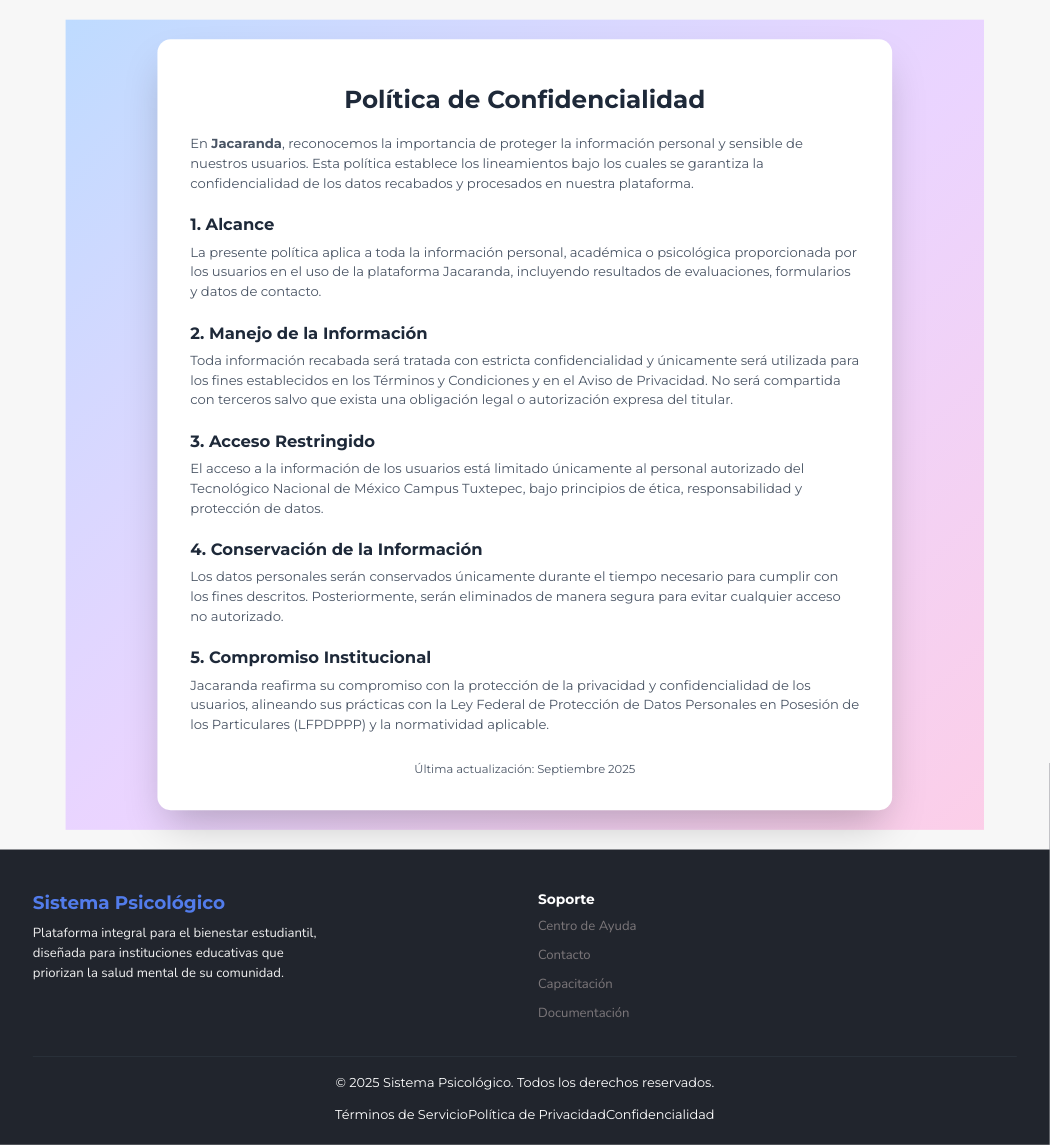
Repository: moon1710/SistemaPsico
Page: /confidencialidad (app in client/)
An editor plug-in stored every save of this project. The page is shown before and after the next save, followed by the edit.
The browser window is 1280 px wide. The pictures show the whole page, at 82% of full size.
The project was rebuilt for these pictures with package versions that can differ from the ones it lists, and the page was loaded fresh each time. Also part of the build but not shown: client/vite.config.js, client/src/components/onboarding/onboardingConfig.js, client/src/components/onboarding/TutorialSteps.jsx, client/src/components/onboarding/WelcomeForm.jsx, client/src/components/onboarding/OnboardingModal.jsx, client/src/components/layout/AdaptiveSidebar/sidebarConfig.jsx, client/src/components/layout/AdaptiveSidebar/MenuItem.jsx, client/src/components/layout/AdaptiveSidebar/SidebarHeader.jsx and 40 more.

Above is the page before, as saved 2025-09-22 15:25:38.

### client/index.html
<!doctype html>
<html lang="en">
  <head>
    <meta charset="UTF-8" />
    <link rel="icon" type="image/svg+xml" href="/idea.png" />
    <meta name="viewport" content="width=device-width, initial-scale=1.0" />
    <title>Sistema Psicológico</title>
  </head>
  <body>
    <div id="root"></div>
    <script type="module" src="/src/main.jsx"></script>
  </body>
</html>

### client/src/contexts/OnboardingContext.jsx
// client/src/contexts/OnboardingContext.jsx
import React, { createContext, useContext, useState, useEffect } from "react";
import { useAuth } from "./AuthContext";

const OnboardingContext = createContext();

export const useOnboarding = () => {
  const context = useContext(OnboardingContext);
  if (!context) {
    throw new Error("useOnboarding debe usarse dentro de OnboardingProvider");
  }
  return context;
};

export const OnboardingProvider = ({ children }) => {
  const { user, setUser } = useAuth();
  const [isFirstTime, setIsFirstTime] = useState(false);
  const [showOnboarding, setShowOnboarding] = useState(false);
  const [currentStep, setCurrentStep] = useState(0);
  const [onboardingCompleted, setOnboardingCompleted] = useState(false);

  // Clave para localStorage basada en el usuario
  const getStorageKey = () => {
    return user?.id ? `onboarding_completed_${user.id}` : null;
  };

  // Verificar si es primera vez del usuario
  useEffect(() => {
    if (user?.id) {
      // PRIORIDAD TOTAL al campo perfilCompletado de la BD
      const profileCompleted = user.perfilCompletado === 1 || user.perfilCompletado === true;

      console.log('🔍 [OnboardingContext] Verificando estado:', {
        userId: user.id,
        perfilCompletado: user.perfilCompletado,
        profileCompleted,
        shouldShowModal: !profileCompleted
      });

      if (!profileCompleted) {
        // Perfil NO completado -> mostrar modal
        setIsFirstTime(true);
        setShowOnboarding(true);
        setOnboardingCompleted(false);
        console.log('📝 [OnboardingContext] Mostrando modal de onboarding');
      } else {
        // Perfil completado -> no mostrar modal
        setIsFirstTime(false);
        setShowOnboarding(false);
        setOnboardingCompleted(true);
        console.log('✅ [OnboardingContext] Perfil ya completado, ocultando modal');
      }
    }
  }, [user?.id, user?.perfilCompletado]);

  // Refrescar datos del usuario desde el servidor
  const refreshUserProfile = async () => {
    try {
      const token = localStorage.getItem('auth_token');
      if (!token) return;

      const response = await fetch('/api/auth/profile', {
        method: 'GET',
        headers: {
          'Authorization': `Bearer ${token}`,
          'Content-Type': 'application/json',
        },
        credentials: 'include',
      });

      if (response.ok) {
        const result = await response.json();
        if (result.success && result.data?.user) {
          const freshUser = result.data.user;
          setUser(freshUser);
          console.log('🔄 [OnboardingContext] Usuario refrescado desde servidor:', freshUser);

          // También actualizar localStorage
          localStorage.setItem('user_data', JSON.stringify(freshUser));
          return freshUser;
        }
      }
    } catch (error) {
      console.error('❌ [OnboardingContext] Error refrescando usuario:', error);
    }
    return null;
  };

  // Marcar onboarding como completado
  const completeOnboarding = async () => {
    if (user?.id) {
      const storageKey = getStorageKey();
      localStorage.setItem(storageKey, "true");
      setOnboardingCompleted(true);
      setShowOnboarding(false);
      setIsFirstTime(false);

      // IMPORTANTE: Obtener datos frescos del servidor en lugar de solo actualizar localmente
      console.log('🔄 [OnboardingContext] Refrescando datos del usuario desde servidor...');
      const freshUser = await refreshUserProfile();

      if (freshUser) {
        console.log('✅ [OnboardingContext] Usuario actualizado con datos frescos');
      } else {
        // Fallback: actualizar localmente si falla la petición
        const updatedUser = {
          ...user,
          perfilCompletado: 1
        };
        setUser(updatedUser);
        console.log('⚠️ [OnboardingContext] Fallback: Usuario actualizado localmente');
      }
    }
  };

  // Reiniciar onboarding (para testing o reactivar)
  const resetOnboarding = () => {
    if (user?.id) {
      const storageKey = getStorageKey();
      localStorage.removeItem(storageKey);
      setOnboardingCompleted(false);
      setIsFirstTime(true);
      setShowOnboarding(true);
      setCurrentStep(0);
    }
  };

  // Navegar entre pasos
  const nextStep = () => {
    setCurrentStep((prev) => prev + 1);
  };

  const prevStep = () => {
    setCurrentStep((prev) => Math.max(0, prev - 1));
  };

  const goToStep = (step) => {
    setCurrentStep(step);
  };

  // Cerrar onboarding sin completar
  const closeOnboarding = () => {
    setShowOnboarding(false);
  };

  const value = {
    isFirstTime,
    showOnboarding,
    currentStep,
    onboardingCompleted,
    completeOnboarding,
    resetOnboarding,
    nextStep,
    prevStep,
    goToStep,
    closeOnboarding,
    user,
  };

  return (
    <OnboardingContext.Provider value={value}>
      {children}
    </OnboardingContext.Provider>
  );
};

### client/src/components/layout/PublicLayout.jsx
// components/layout/PublicLayout.jsx
import Footer from "./Footer";

export default function PublicLayout({ children }) {
  return (
    <div className="min-h-screen bg-[#f7f7f7] text-[#1d1d1f]">
      <main className="max-w-6xl mx-auto px-4 py-6">{children}</main>
      <Footer />
    </div>
  );
}

### client/src/pages/ConfidencialidadPage.jsx
// src/pages/ConfidencialidadPage.jsx
export default function ConfidencialidadPage() {
  return (
    <div className="min-h-screen w-full bg-gradient-to-br from-blue-200 via-purple-200 to-pink-200 p-6">
      <div className="max-w-4xl mx-auto bg-white shadow-2xl rounded-2xl p-10">
        <p className="text-sm text-gray-500 mb-4">
        </p>

        <h1 className="text-3xl font-bold text-center text-gray-800 mb-6">
          Política de Confidencialidad
        </h1>

        <p className="text-gray-600 mb-4">
          En <strong>Jacaranda</strong>, reconocemos la importancia de proteger
          la información personal y sensible de nuestros usuarios. Esta política
          establece los lineamientos bajo los cuales se garantiza la confidencialidad
          de los datos recabados y procesados en nuestra plataforma.
        </p>

        <h2 className="text-xl font-semibold text-gray-800 mt-6 mb-2">
          1. Alcance
        </h2>
        <p className="text-gray-600 mb-4">
          La presente política aplica a toda la información personal, académica o
          psicológica proporcionada por los usuarios en el uso de la plataforma
          Jacaranda, incluyendo resultados de evaluaciones, formularios y datos
          de contacto.
        </p>

        <h2 className="text-xl font-semibold text-gray-800 mt-6 mb-2">
          2. Manejo de la Información
        </h2>
        <p className="text-gray-600 mb-4">
          Toda información recabada será tratada con estricta confidencialidad y
          únicamente será utilizada para los fines establecidos en los Términos y
          Condiciones y en el Aviso de Privacidad. No será compartida con terceros
          salvo que exista una obligación legal o autorización expresa del titular.
        </p>

        <h2 className="text-xl font-semibold text-gray-800 mt-6 mb-2">
          3. Acceso Restringido
        </h2>
        <p className="text-gray-600 mb-4">
          El acceso a la información de los usuarios está limitado únicamente al
          personal autorizado del Tecnológico Nacional de México Campus Tuxtepec,
          bajo principios de ética, responsabilidad y protección de datos.
        </p>

        <h2 className="text-xl font-semibold text-gray-800 mt-6 mb-2">
          4. Conservación de la Información
        </h2>
        <p className="text-gray-600 mb-4">
          Los datos personales serán conservados únicamente durante el tiempo
          necesario para cumplir con los fines descritos. Posteriormente, serán
          eliminados de manera segura para evitar cualquier acceso no autorizado.
        </p>

        <h2 className="text-xl font-semibold text-gray-800 mt-6 mb-2">
          5. Compromiso Institucional
        </h2>
        <p className="text-gray-600 mb-4">
          Jacaranda reafirma su compromiso con la protección de la privacidad y
          confidencialidad de los usuarios, alineando sus prácticas con la Ley
          Federal de Protección de Datos Personales en Posesión de los Particulares
          (LFPDPPP) y la normatividad aplicable.
        </p>

        <p className="text-gray-600 mt-8 text-sm text-center">
          Última actualización: Septiembre 2025
        </p>
      </div>
    </div>
  );
}

### client/src/components/layout/Footer.jsx
import { Link } from "react-router-dom";
import { ROUTES } from "../../utils/constants";

export default function Footer() {
  return (
    <footer className="footer">
      <div className="footer-inner">
        <div className="footer-main">
          <div>
            <h3 className="footer-title">Sistema Psicológico</h3>
            <p className="footer-desc">
              Plataforma integral para el bienestar estudiantil, diseñada para
              instituciones educativas que priorizan la salud mental de su
              comunidad.
            </p>
          </div>

          <div>
            <h4
              className="footer-title"
              style={{ color: "#fff", fontWeight: 600, fontSize: "1.05rem" }}
            >
              Soporte
            </h4>
            <ul className="footer-links">
              <li>
                <Link to={ROUTES.HELP}>Centro de Ayuda</Link>
              </li>
              <li>
                <Link to={ROUTES.ABOUTUS}>Contacto</Link>
              </li>
              <li>
                <Link to={ROUTES.DOCUMENTACION}>Capacitación</Link>
              </li>
              <li>
                <Link to={ROUTES.DOCUMENTACION}>Documentación</Link>
              </li>
            </ul>
          </div>
        </div>

        <div className="footer-bottom">
          <p>
            © {new Date().getFullYear()} Sistema Psicológico. Todos los derechos
            reservados.
          </p>
          <div className="footer-bottom-links">
            <Link to={ROUTES.TERMINOS}>Términos de Servicio</Link>
            <Link to={ROUTES.PRIVACIDAD}>Política de Privacidad</Link>
            <Link to={ROUTES.CONFINDENCIALIDAD}>Confidencialidad</Link>
          </div>
        </div>
      </div>
    </footer>
  );
}

Loaded but not shown: client/src/main.jsx (common file); client/src/App.css (common file); client/src/utils/constants.js (213 lines, source omitted); client/src/services/authService.js (219 lines, source omitted); client/src/utils/roles.js (38 lines, source omitted); client/src/index.css (441 lines, source omitted); client/src/contexts/AuthContext.jsx (292 lines, source omitted); client/src/App.jsx (271 lines, source omitted)

After the next save:
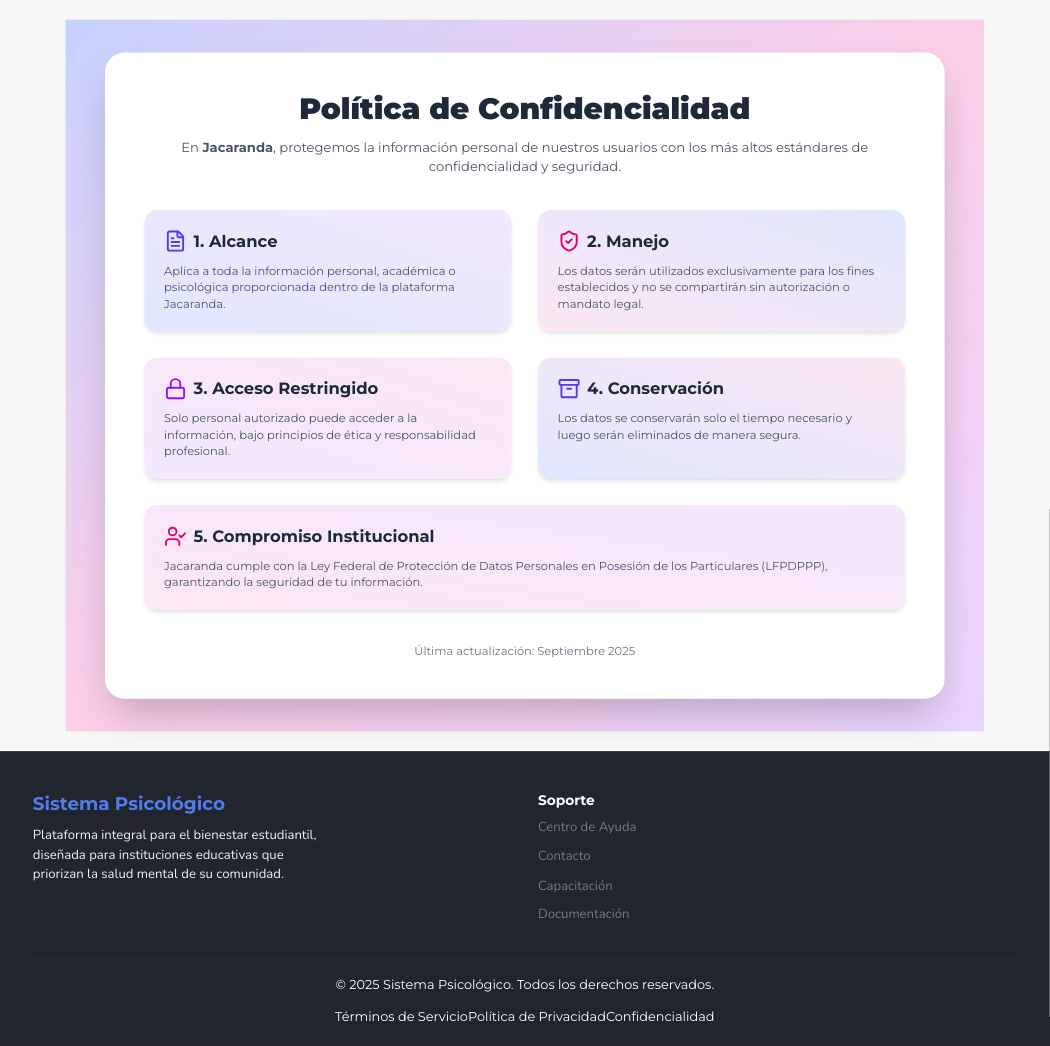
Saved 4 min 3 s later.
--- a/client/src/pages/ConfidencialidadPage.jsx
+++ b/client/src/pages/ConfidencialidadPage.jsx
@@ -1,71 +1,77 @@
 // src/pages/ConfidencialidadPage.jsx
+import { ShieldCheck, Lock, FileText, UserCheck, Archive } from "lucide-react";
+
 export default function ConfidencialidadPage() {
   return (
-    <div className="min-h-screen w-full bg-gradient-to-br from-blue-200 via-purple-200 to-pink-200 p-6">
-      <div className="max-w-4xl mx-auto bg-white shadow-2xl rounded-2xl p-10">
-        <p className="text-sm text-gray-500 mb-4">
+    <div className="min-h-screen w-full bg-gradient-to-br from-indigo-200 via-pink-200 to-purple-200 p-10">
+      <div className="max-w-5xl mx-auto bg-white shadow-2xl rounded-3xl p-12">
+        <h1 className="text-4xl font-extrabold text-center text-gray-800 mb-4">
+          Política de Confidencialidad
+        </h1>
+        <p className="text-center text-gray-600 mb-10">
+          En <strong>Jacaranda</strong>, protegemos la información personal de nuestros usuarios con los más altos estándares de confidencialidad y seguridad.
         </p>
 
-        <h1 className="text-3xl font-bold text-center text-gray-800 mb-6">
-          Política de Confidencialidad
-        </h1>
+        {/* Grid de secciones */}
+        <div className="grid grid-cols-1 md:grid-cols-2 gap-8">
+          {/* Alcance */}
+          <div className="bg-gradient-to-tr from-indigo-100 to-purple-100 p-6 rounded-2xl shadow-md">
+            <div className="flex items-center mb-3">
+              <FileText className="text-indigo-600 w-7 h-7 mr-2" />
+              <h2 className="text-xl font-semibold text-gray-800">1. Alcance</h2>
+            </div>
+            <p className="text-gray-600 text-sm">
+              Aplica a toda la información personal, académica o psicológica proporcionada dentro de la plataforma Jacaranda.
+            </p>
+          </div>
 
-        <p className="text-gray-600 mb-4">
-          En <strong>Jacaranda</strong>, reconocemos la importancia de proteger
-          la información personal y sensible de nuestros usuarios. Esta política
-          establece los lineamientos bajo los cuales se garantiza la confidencialidad
-          de los datos recabados y procesados en nuestra plataforma.
-        </p>
+          {/* Manejo */}
+          <div className="bg-gradient-to-tr from-pink-100 to-indigo-100 p-6 rounded-2xl shadow-md">
+            <div className="flex items-center mb-3">
+              <ShieldCheck className="text-pink-600 w-7 h-7 mr-2" />
+              <h2 className="text-xl font-semibold text-gray-800">2. Manejo</h2>
+            </div>
+            <p className="text-gray-600 text-sm">
+              Los datos serán utilizados exclusivamente para los fines establecidos y no se compartirán sin autorización o mandato legal.
+            </p>
+          </div>
 
-        <h2 className="text-xl font-semibold text-gray-800 mt-6 mb-2">
-          1. Alcance
-        </h2>
-        <p className="text-gray-600 mb-4">
-          La presente política aplica a toda la información personal, académica o
-          psicológica proporcionada por los usuarios en el uso de la plataforma
-          Jacaranda, incluyendo resultados de evaluaciones, formularios y datos
-          de contacto.
-        </p>
+          {/* Acceso */}
+          <div className="bg-gradient-to-tr from-purple-100 to-pink-100 p-6 rounded-2xl shadow-md">
+            <div className="flex items-center mb-3">
+              <Lock className="text-purple-600 w-7 h-7 mr-2" />
+              <h2 className="text-xl font-semibold text-gray-800">3. Acceso Restringido</h2>
+            </div>
+            <p className="text-gray-600 text-sm">
+              Solo personal autorizado puede acceder a la información, bajo principios de ética y responsabilidad profesional.
+            </p>
+          </div>
 
-        <h2 className="text-xl font-semibold text-gray-800 mt-6 mb-2">
-          2. Manejo de la Información
-        </h2>
-        <p className="text-gray-600 mb-4">
-          Toda información recabada será tratada con estricta confidencialidad y
-          únicamente será utilizada para los fines establecidos en los Términos y
-          Condiciones y en el Aviso de Privacidad. No será compartida con terceros
-          salvo que exista una obligación legal o autorización expresa del titular.
-        </p>
+          {/* Conservación */}
+          <div className="bg-gradient-to-tr from-indigo-100 to-pink-100 p-6 rounded-2xl shadow-md">
+            <div className="flex items-center mb-3">
+              <Archive className="text-indigo-600 w-7 h-7 mr-2" />
+              <h2 className="text-xl font-semibold text-gray-800">4. Conservación</h2>
+            </div>
+            <p className="text-gray-600 text-sm">
+              Los datos se conservarán solo el tiempo necesario y luego serán eliminados de manera segura.
+            </p>
+          </div>
 
-        <h2 className="text-xl font-semibold text-gray-800 mt-6 mb-2">
-          3. Acceso Restringido
-        </h2>
-        <p className="text-gray-600 mb-4">
-          El acceso a la información de los usuarios está limitado únicamente al
-          personal autorizado del Tecnológico Nacional de México Campus Tuxtepec,
-          bajo principios de ética, responsabilidad y protección de datos.
-        </p>
+          {/* Compromiso */}
+          <div className="bg-gradient-to-tr from-pink-100 to-purple-100 p-6 rounded-2xl shadow-md md:col-span-2">
+            <div className="flex items-center mb-3">
+              <UserCheck className="text-pink-600 w-7 h-7 mr-2" />
+              <h2 className="text-xl font-semibold text-gray-800">5. Compromiso Institucional</h2>
+            </div>
+            <p className="text-gray-600 text-sm">
+              Jacaranda cumple con la Ley Federal de Protección de Datos Personales en Posesión de los Particulares (LFPDPPP), garantizando la seguridad de tu información.
+            </p>
+          </div>
+        </div>
 
-        <h2 className="text-xl font-semibold text-gray-800 mt-6 mb-2">
-          4. Conservación de la Información
-        </h2>
-        <p className="text-gray-600 mb-4">
-          Los datos personales serán conservados únicamente durante el tiempo
-          necesario para cumplir con los fines descritos. Posteriormente, serán
-          eliminados de manera segura para evitar cualquier acceso no autorizado.
-        </p>
-
-        <h2 className="text-xl font-semibold text-gray-800 mt-6 mb-2">
-          5. Compromiso Institucional
-        </h2>
-        <p className="text-gray-600 mb-4">
-          Jacaranda reafirma su compromiso con la protección de la privacidad y
-          confidencialidad de los usuarios, alineando sus prácticas con la Ley
-          Federal de Protección de Datos Personales en Posesión de los Particulares
-          (LFPDPPP) y la normatividad aplicable.
-        </p>
-
-        <p className="text-gray-600 mt-8 text-sm text-center">
+        {/* Footer */}
+        <p className="text-gray-500 text-center text-sm mt-10">
           Última actualización: Septiembre 2025
         </p>
       </div>
